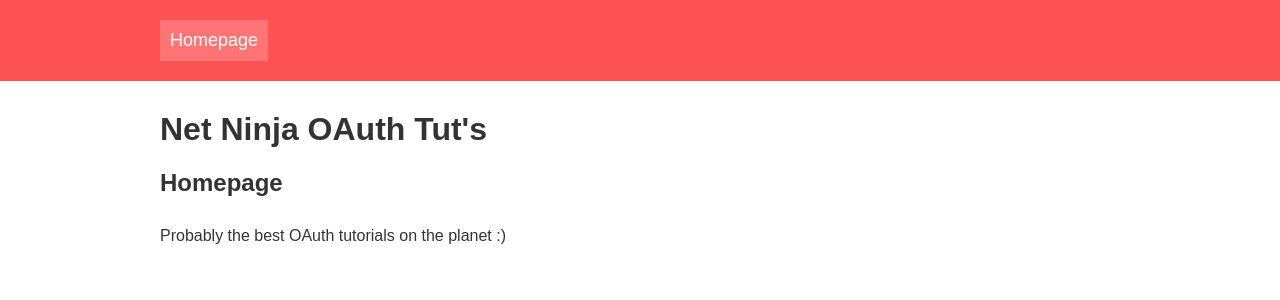
Repository: dewaary/Bootcamp2
Page: http://localhost/
The author's editor kept a copy of each file at every save. The page is drawn from the files as they stood at one save, then again after the next save.
The browser window is 1280 px wide. The pictures show the whole page.
The page is served by the project's Node server (FullStackJS/app.js).

Above is the page before, as saved 2021-06-08 00:11:57.

After the next save:
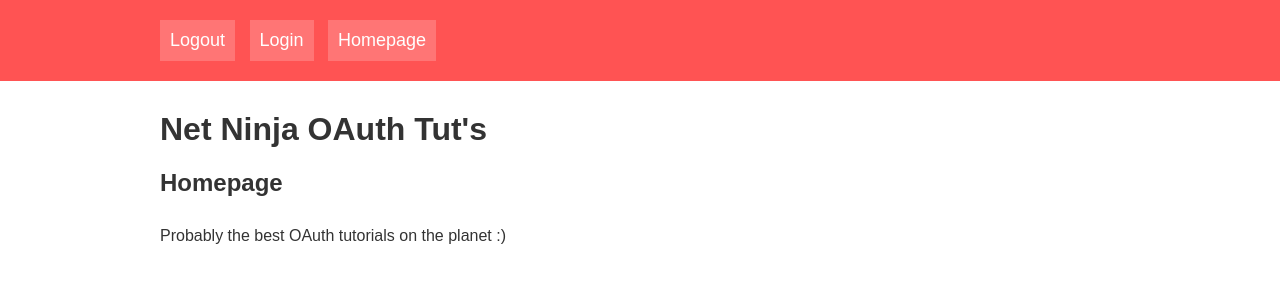
Saved 64 s later.
--- a/FullStackJS/views/home.ejs
+++ b/FullStackJS/views/home.ejs
@@ -51,6 +51,8 @@
 <body>
     <nav>
         <ul>
+            <li><a href="/auth/logout">Logout</a></li>
+            <li><a href="/auth/login">Login</a></li>
             <li><a href="/">Homepage</a></li>
         </ul>
     </nav>
